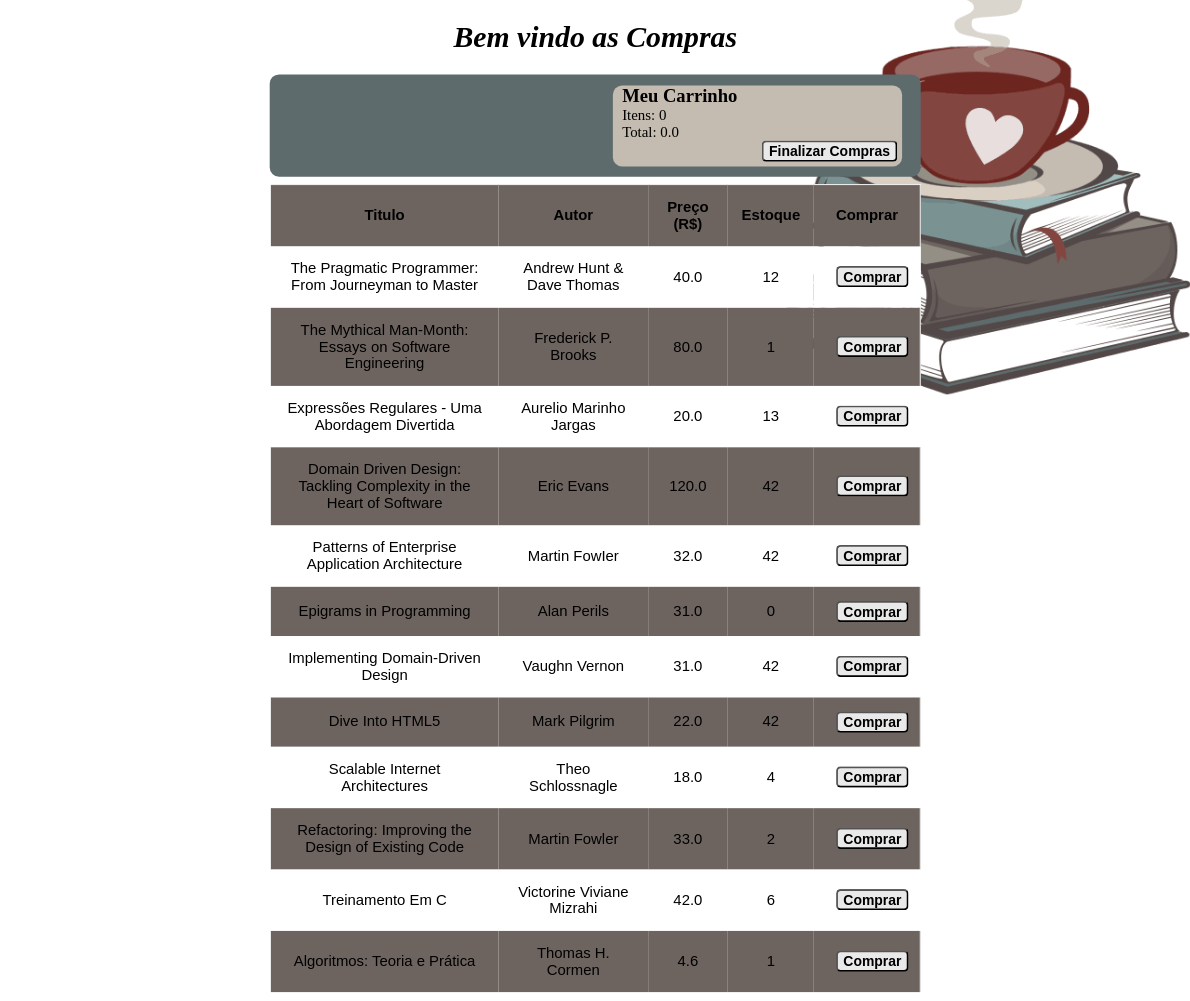
Repository: gabriellacrystina/ProjetoTegra
Page: http://localhost/book-store/Produtos
An editor plug-in stored every save of this project. The page is shown before and after the next save, followed by the edit.
The browser window is 1280 px wide. The pictures show the whole page, at 93% of full size.
Backgrounds fixed to the window are drawn as part of the page. The page is served by Tomcat 9.

Above is the page before, as saved 2016-07-07 22:57:36.

After the next save:
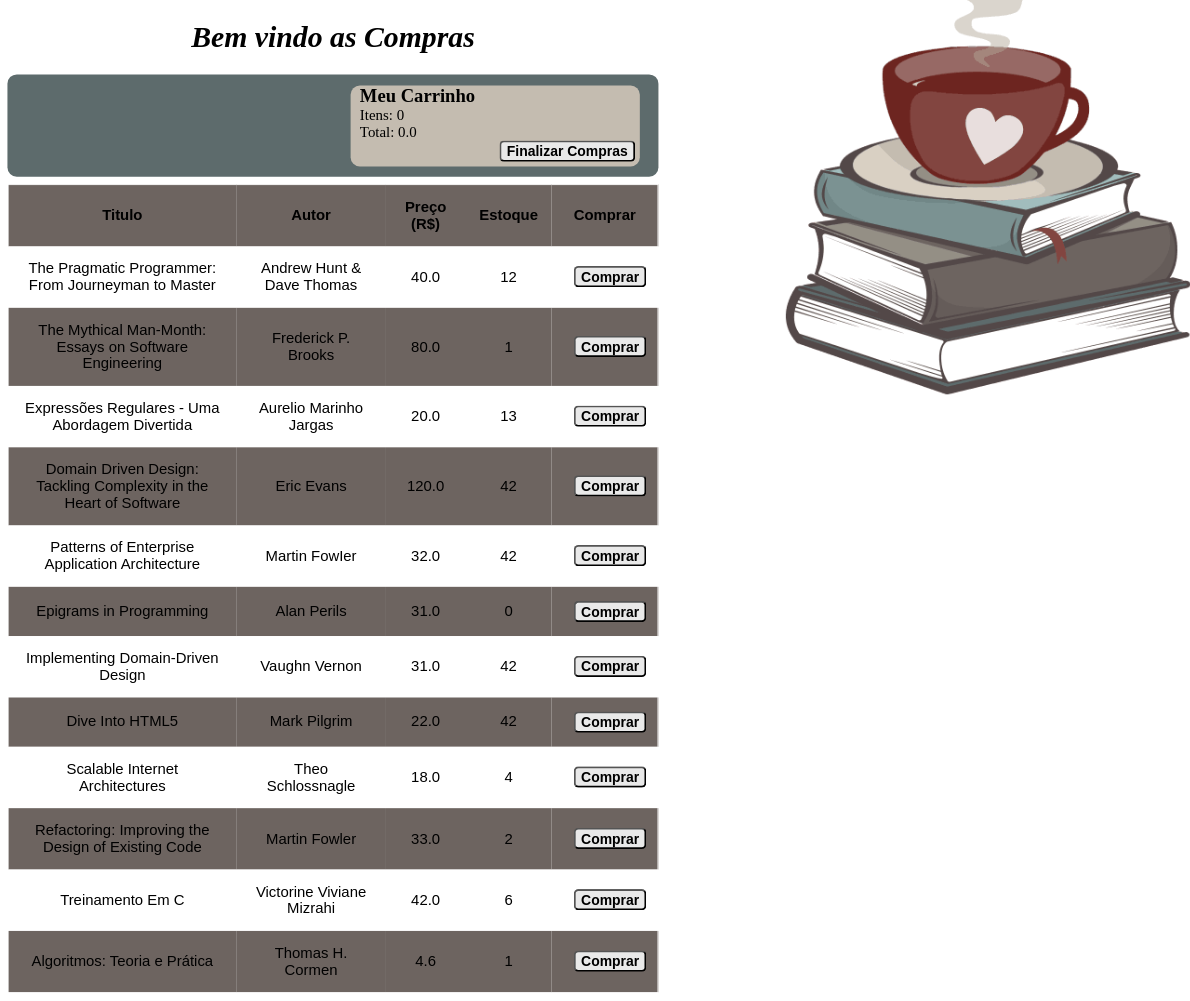
Saved 14 s later.
--- a/book-store/WebContent/book-store-style.css
+++ b/book-store/WebContent/book-store-style.css
@@ -7,8 +7,6 @@
 	background-attachment: fixed;
     width: 700px;
     margin-top: 0px;
-    margin-left: auto;
-	margin-right: auto;
 }
 
 h1 {

After the save that followed:
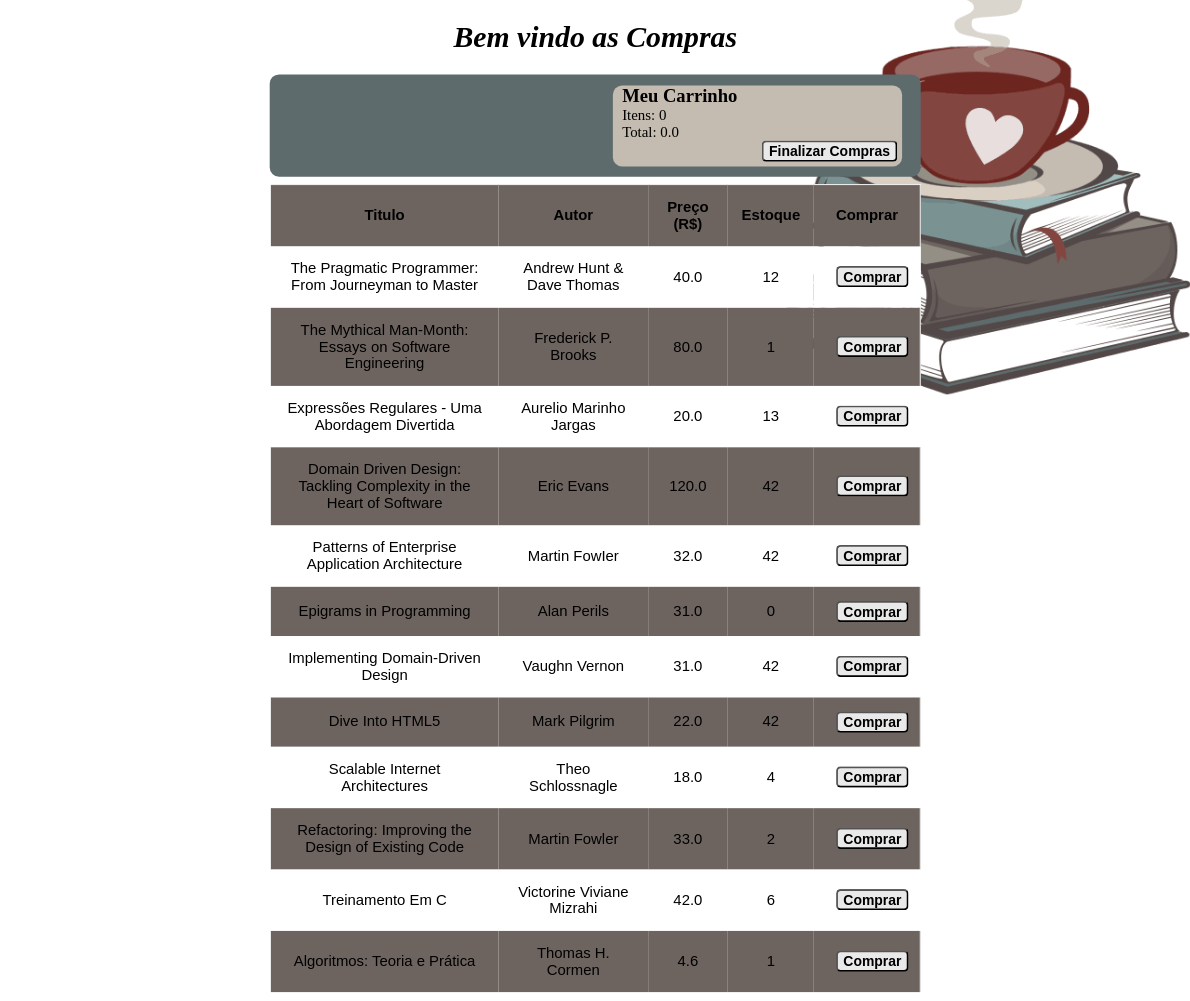
Saved 16 s later.
--- a/book-store/WebContent/book-store-style.css
+++ b/book-store/WebContent/book-store-style.css
@@ -7,6 +7,8 @@
 	background-attachment: fixed;
     width: 700px;
     margin-top: 0px;
+    margin-left: auto;
+	margin-right: auto;
 }
 
 h1 {
@@ -20,7 +22,6 @@
 	font-family: "Arial", "Helvetica", sans-serif;
 	border: 1px solid #ffffff;
     border-collapse: collapse;
-
 }
 
 #tbl-books tr:nth-child(even){
